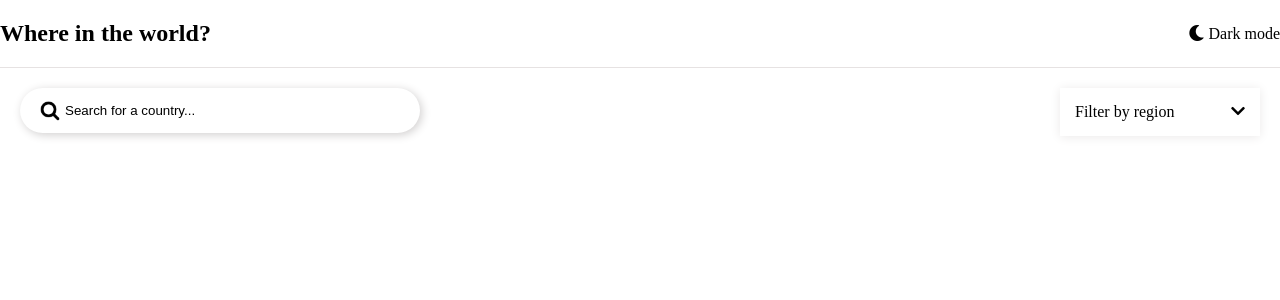
Repository: Eugene44-hub/countryProj
Page: index.html
These files come from the project's save history. The page is drawn as it stood at one moment and after the next save; the edit follows.
The browser window is 1280 px wide. The pictures show the whole page.
The page's requests for data from a server got no answer.

Above is the page before, as saved 2021-10-10 21:04:08.

After the next save:
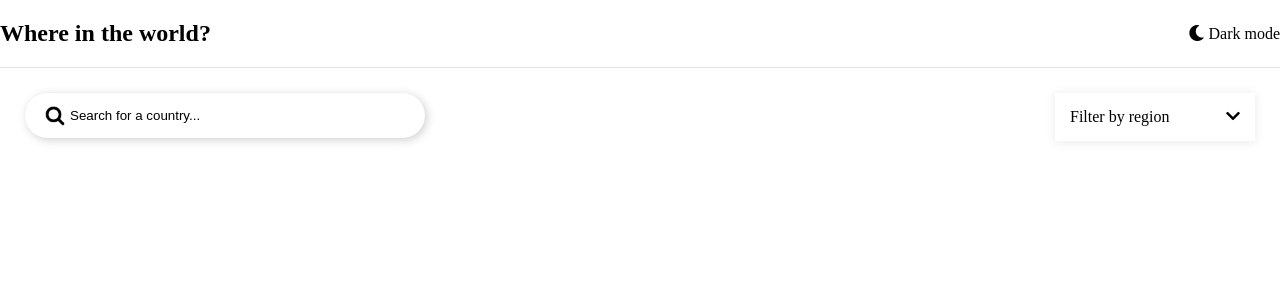
Saved 19 s later.
--- a/style.css
+++ b/style.css
@@ -5,7 +5,7 @@
 }
 
 .container {
-    margin: 20px;
+    margin: 25px;
 }
 
 .countries {
